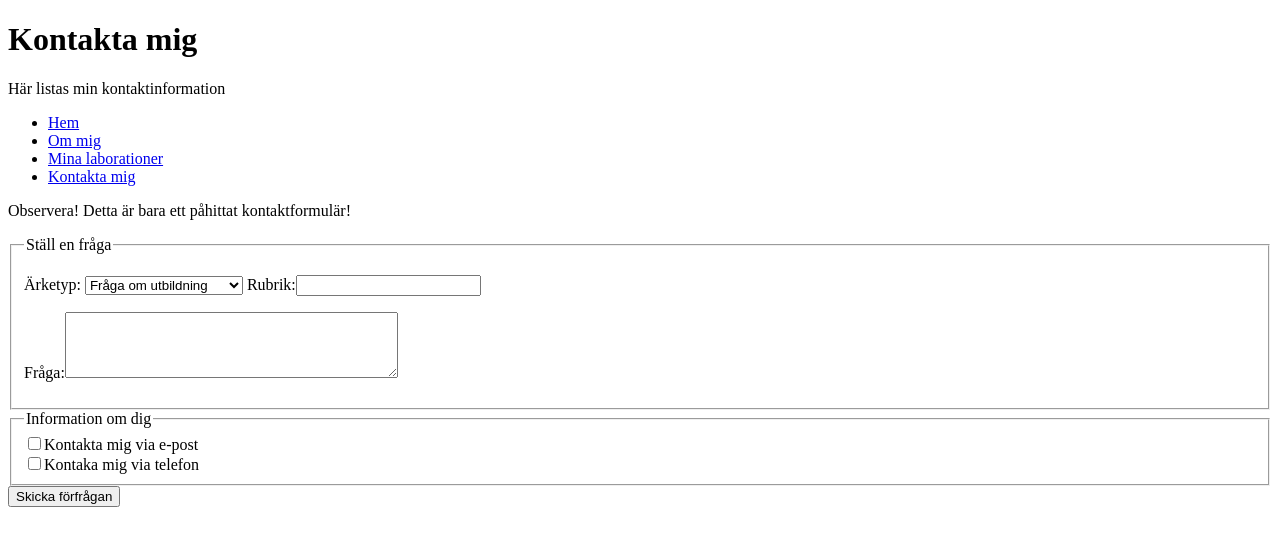
Repository: Holmewi/1ik415-jh222qr-laborationer
Page: pages/kontakt.html
The author's editor kept a record of every edit. The page is drawn from the files as they stood at one moment, then again after the next edit.
The browser window is 1280 px wide. The pictures show the whole page.

Above is the page before.

After the next edit:
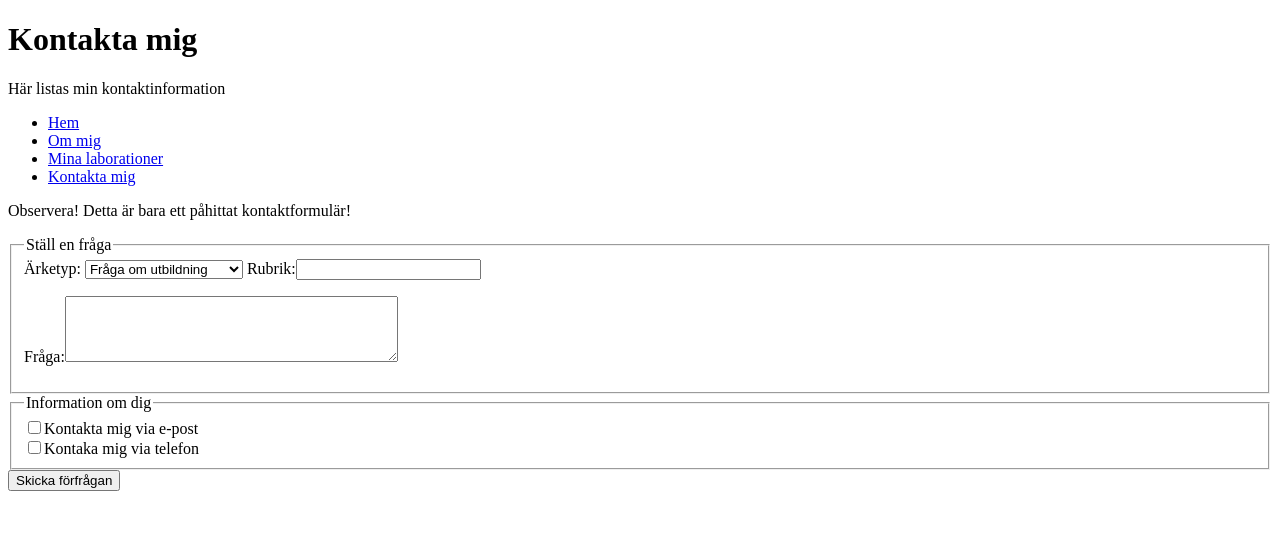
The edit:
--- a/pages/kontakt.html
+++ b/pages/kontakt.html
@@ -23,7 +23,7 @@
             <fieldset>
                 <legend>Ställ en fråga</legend>
 
-                <p>Ärketyp:
+                Ärketyp:
                 <select>
                     <option value="utbildning">Fråga om utbildning</option>
                     <option value="kurs">Fråga om kurs</option>
